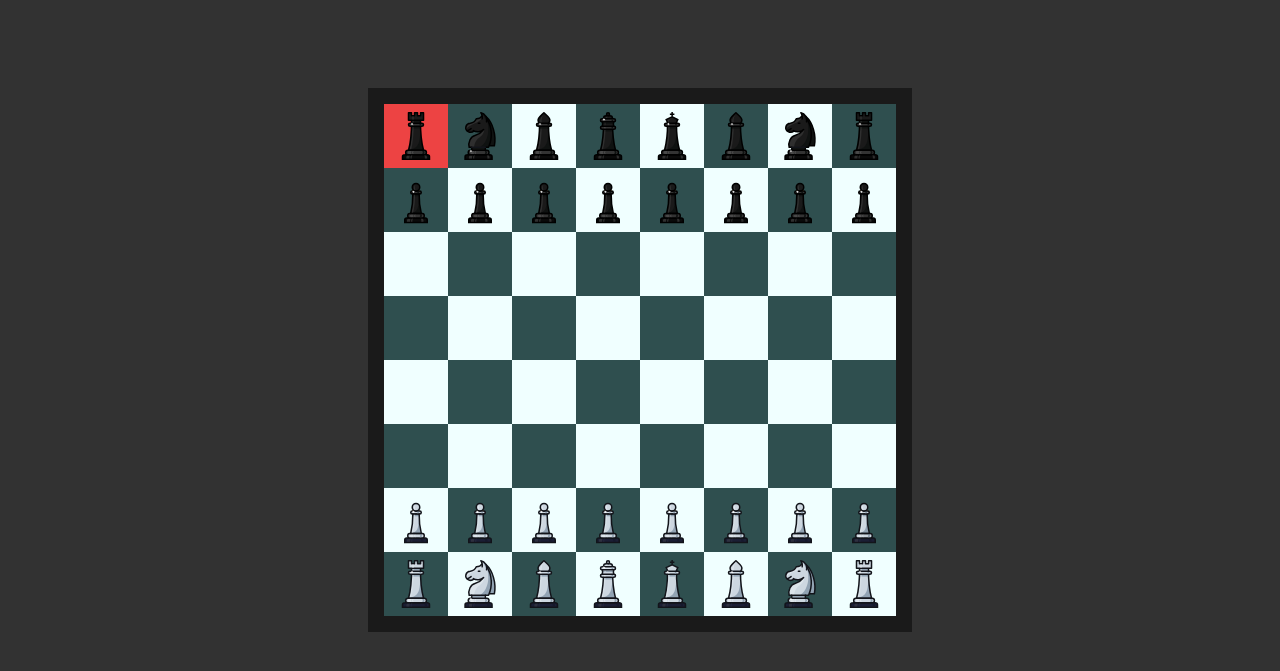
Repository: Mirsmog/react-chess
Page: /, after clicking the first element matching `div.cell`
An editor plug-in stored every save of this project. The page is shown before and after the next save, followed by the edit.
The browser window is 1280 px wide. The pictures show the whole page.
The project was rebuilt for these pictures with package versions that can differ from the ones it lists, and the page was loaded fresh each time. Also part of the build but not shown: vite.config.ts.

Above is the page before, as saved 2023-10-28 15:55:28.

After the next save:
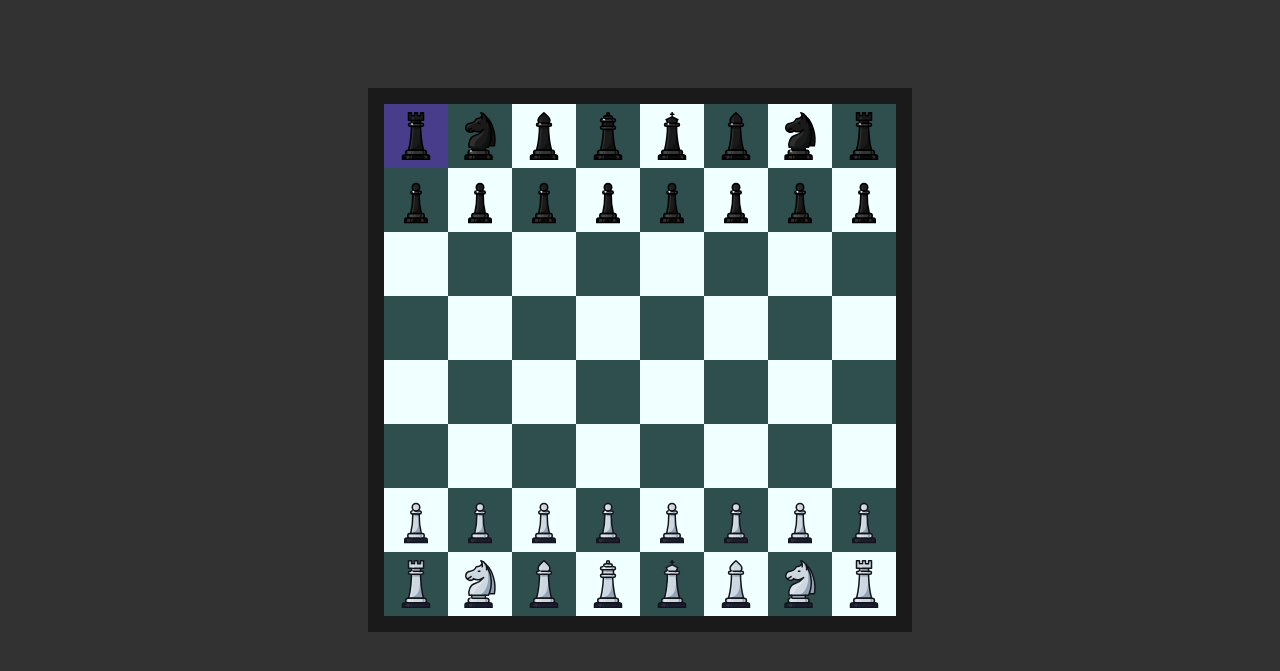
Saved 17 s later.
--- a/src/index.css
+++ b/src/index.css
@@ -53,5 +53,5 @@ img[src*='/src/assets/pawn-black.svg'] {
 }
 
 .selected {
-  background-color: #ed4343;
+  background-color:darkslateblue;
 }
